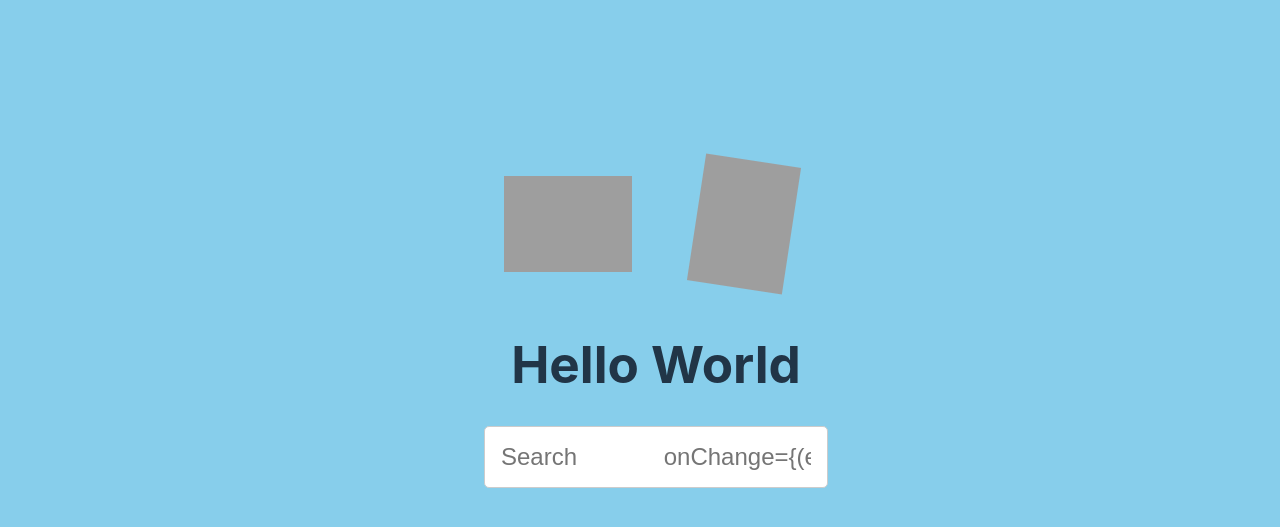
Repository: marianozamora/vite-test-plat
Page: /
These files come from the project's save history. The page is drawn as it stood at one moment and after the next save; the edit follows.
The browser window is 1280 px wide. The pictures show the whole page.
Pictures or frames that could not be fetched are drawn as grey boxes. The page's requests for data from a server got no answer. The project was rebuilt for these pictures with package versions that can differ from the ones it lists, and the page was loaded fresh each time. No one was signed in, and anything a server would have sent is missing. Also part of the build but not shown: vite.config.js, src/list.styl.

Above is the page before, as saved 2023-06-22 17:38:45.

### src/App.jsx
import { useState, useEffect } from 'react'
import reactLogo from './assets/react.svg'
import viteLogo from '/vite.svg'
import './App.css'

import './list.styl'

//components
import List from './components/List'
// import Filter from './components/Filter'

function App() {

  const [pokemons, setPokemons] = useState([]);
  const [dataFreeze, setDataFreeze] = useState([]);



  function filterByText(e) {
    const value = e.target.value;
    const filteredPokemons = dataFreeze.filter((pokemon) => pokemon.name.includes(value));
    if (value === '') {
      setPokemons(dataFreeze);
    }
    setPokemons(filteredPokemons);
  }

	useEffect(() => {
		async function getPokemons() {
      const data = await fetch(import.meta.env.VITE_API_URL).then((response) => response.json());
      console.log(data.results, 'data');
      setPokemons(data.results);
      setDataFreeze(data.results)
		}
		getPokemons();
	}, []);

  return (
    <div className='container'>
      <div>
        <a href="https://vitejs.dev" target="_blank" rel="noreferrer">
          <img src={viteLogo} className="logo" alt="Vite logo" />
        </a>
        <a href="https://react.dev" target="_blank" rel="noreferrer">
          <img src={reactLogo} className="logo react" alt="React logo" />
        </a>
      </div>
      <h1>Hello World</h1>
      <div className="filter__text">
        <input type="text" placeholder="Search
            onChange={(e)=> filterByText(e)}pokemons..." />
        </div>
      <List data={pokemons} />
    </div>
  )
}

export default App

### src/components/List.jsx
/* eslint-disable react/prop-types */
// import { useState } from "react";
// import { useEffect } from "react";

const ListPokemons = ({ data }) => {

	return (
		<ul className="list__pokemons">
			{data.map((pokemon, index) => (
				<li className="list__pokemons__element" key={index}>{pokemon.name}</li>
			))}
		</ul>
	);
};

export default ListPokemons;

Loaded but not shown: index.html (common file); src/main.jsx (common file); src/index.css (common file); src/App.css (common file)

After the next save:
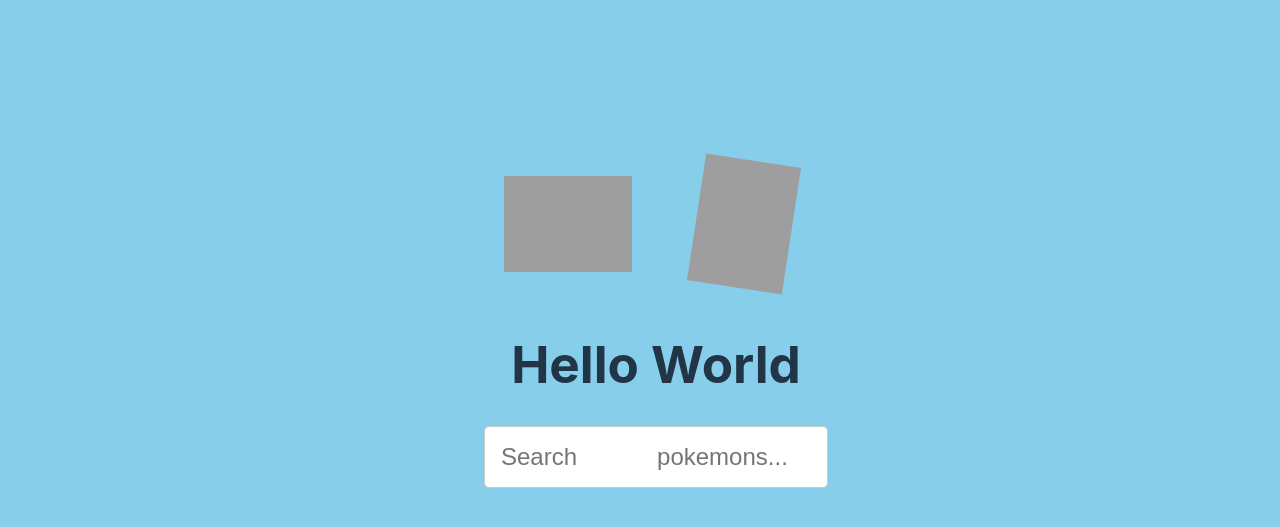
Saved 16 s later.
--- a/src/App.jsx
+++ b/src/App.jsx
@@ -47,8 +47,9 @@ function App() {
       </div>
       <h1>Hello World</h1>
       <div className="filter__text">
-        <input type="text" placeholder="Search
-            onChange={(e)=> filterByText(e)}pokemons..." />
+        <input type="text"
+          onChange={(e)=> filterByText(e)}placeholder="Search
+            pokemons..." />
         </div>
       <List data={pokemons} />
     </div>
